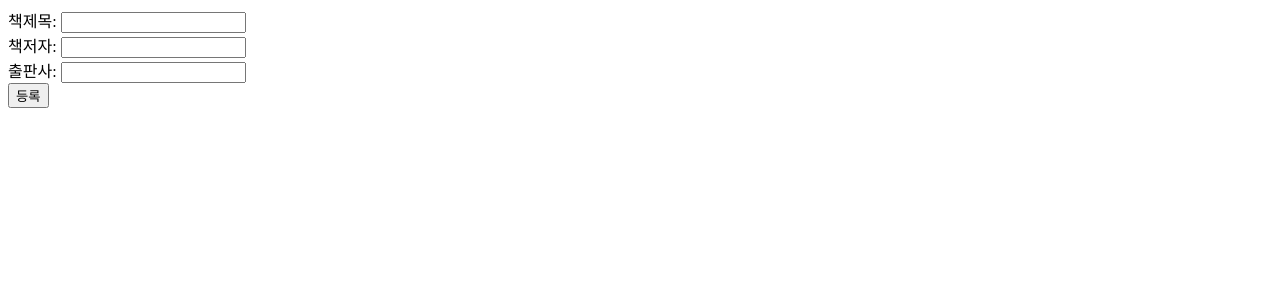
Repository: hrk09/JSPServlet
Page: edu/WebContent/bookInput.html
The author's editor kept a copy of each file at every save. The page is drawn from the files as they stood at one save, then again after the next save.
The browser window is 1280 px wide. The pictures show the whole page.

Above is the page before, as saved 2022-06-29 06:30:01.

### edu/WebContent/bookInput.html
<!DOCTYPE html>
<html>
<head>
<meta charset="UTF-8">
<title>책 등록</title>
</head>
<body>
	<form action="bookReg" method="post">
		책제목: <input type="text" name="title"><br>
		책저자: <input type="text" name="author"><br>
		출판사: <input type="text" name="publisher"><br>
		<input type="submit" value="등록">
	</form>
</body>
</html>

After the next save:
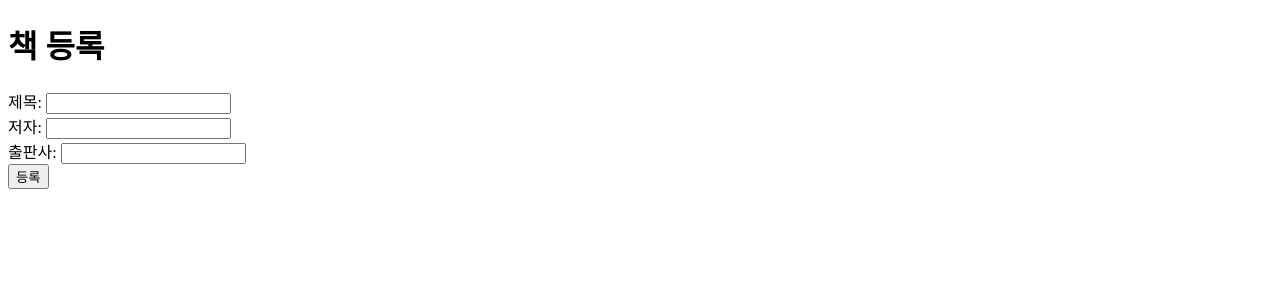
Saved 23 s later.
--- a/edu/WebContent/bookInput.html
+++ b/edu/WebContent/bookInput.html
@@ -5,9 +5,10 @@
 <title>책 등록</title>
 </head>
 <body>
+	<h1>책 등록</h1>
 	<form action="bookReg" method="post">
-		책제목: <input type="text" name="title"><br>
-		책저자: <input type="text" name="author"><br>
+		제목: <input type="text" name="title"><br>
+		저자: <input type="text" name="author"><br>
 		출판사: <input type="text" name="publisher"><br>
 		<input type="submit" value="등록">
 	</form>
